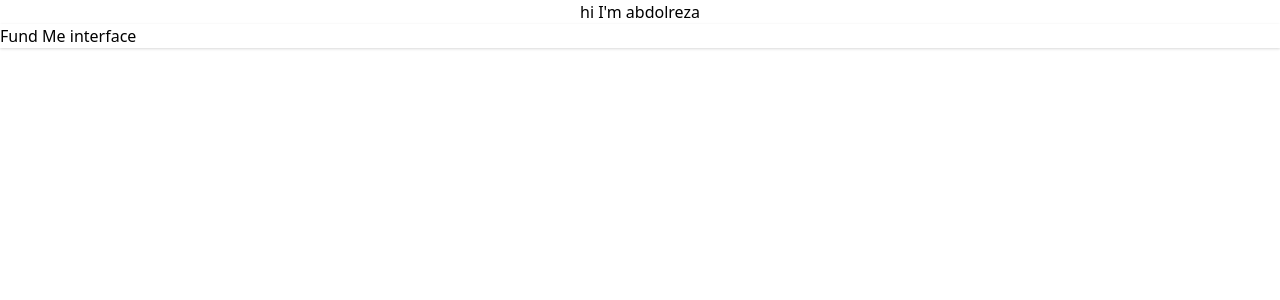
Repository: mavidev93/fund-me
Page: /
An editor plug-in stored every save of this project. The page is shown before and after the next save, followed by the edit.
The browser window is 1280 px wide. The pictures show the whole page.
The project was rebuilt for these pictures with package versions that can differ from the ones it lists, and the page was loaded fresh each time. Also part of the build but not shown: craco.config.js, src/App.css.

Above is the page before, as saved 2022-02-14 12:47:51.

After the next save:
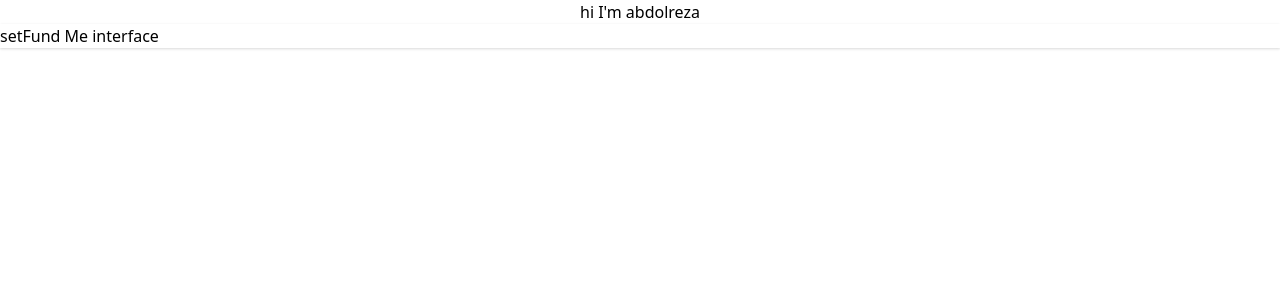
Saved 6 s later.
--- a/src/Components/FundmeInterface/FundMeInterface.tsx
+++ b/src/Components/FundmeInterface/FundMeInterface.tsx
@@ -4,7 +4,7 @@ import Greeter from "../../artifacts/contracts/Greeter.sol/Greeter.json";
 
 function FundMeInterface() {
   return <div className="flex shadow">
-
+        <button>set</button>
 
       Fund Me interface</div>;
 }
